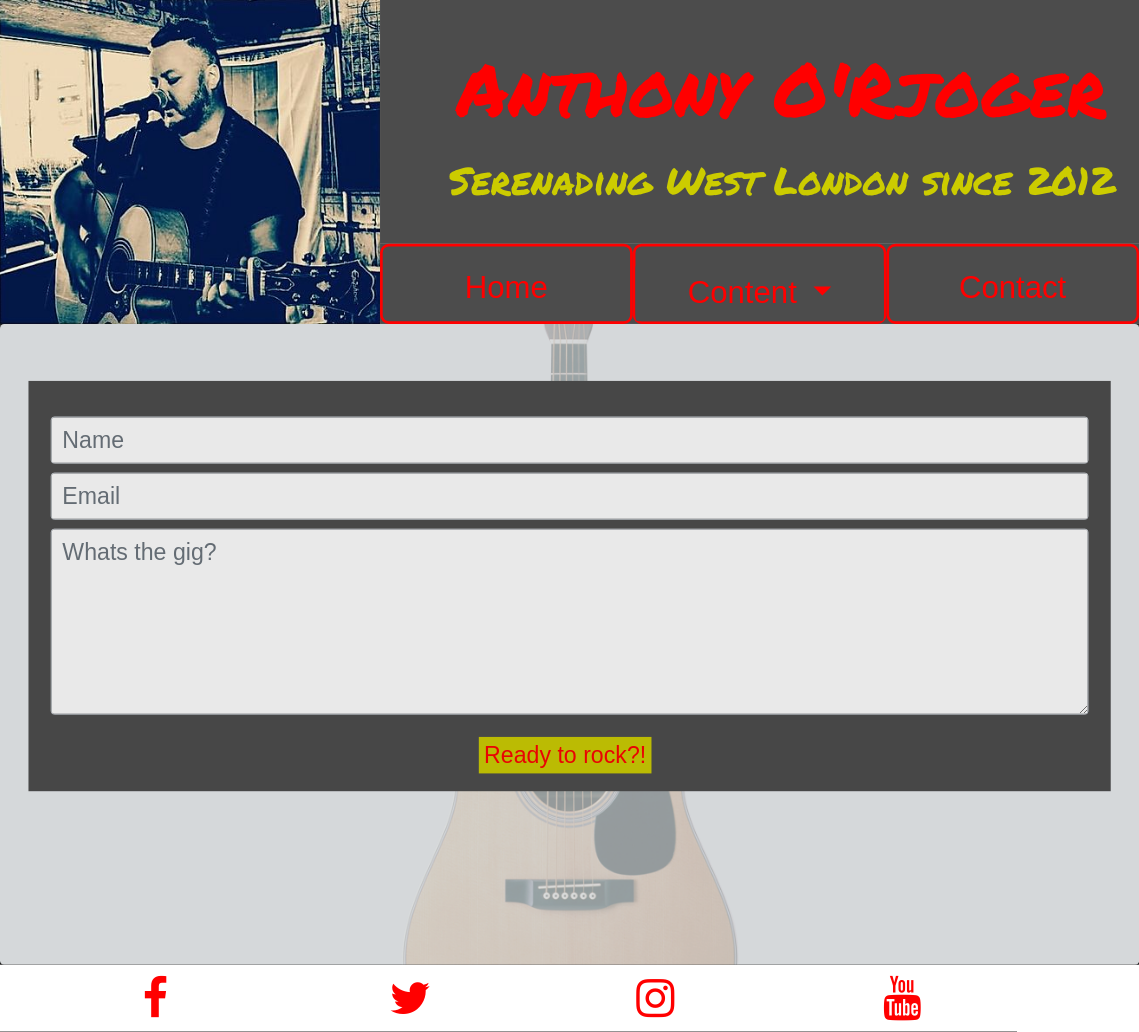
Repository: SimonGeorgeNZ/milestone_1
Page: contact.html
The author's editor kept a record of every edit. The page is drawn from the files as they stood at one moment, then again after the next edit.
The browser window is 1280 px wide. The pictures show the whole page, at 89% of full size.
Some web fonts or font styles are not loaded; a fallback is used. Some web libraries are served in a nearby version.

Above is the page before.

### contact.html
<!DOCTYPE html>
<html lang="en">

<head>
    <meta charset="UTF-8">
    <meta name="viewport" content="width=device-width, initial-scale=1.0">
    <meta http-equiv="X-UA-Compatible" content="ie=edge">
    <link rel="stylesheet" href="assets/css/style.css" type="text/css" />
    <link rel="stylesheet" href="https://maxcdn.bootstrapcdn.com/bootstrap/4.2.1/css/bootstrap.min.css" type="text/css" />
    <link rel="stylesheet" href="https://maxcdn.bootstrapcdn.com/font-awesome/4.7.0/css/font-awesome.min.css" type="text/css" />
    <title>Contact</title>
</head>

<body>
    <header>
        <div class="row no-gutters">
            <a class="col-md-4 profile" href="index.html"></a>
            <div class="col-md-8">
                <div class="row no-gutters bg-color-title">
                    <div class="col title">
                        <h1 class="name">Anthony O'Rjoger</h1>
                        <h2 class="tag-line">Serenading West London since 2012</h2>
                    </div>
                </div>
                <div class="row no-gutters bg-col-blk">
                    <div class="col-12 col-md-6 col-lg-4 nav-but">
                        <div class="a">Home</div>
                    </div>
                    <div class="col-12 col-md-6 col-lg-4 dropdown nav-but">
                        <button class="btn btn-secondary dropdown-toggle container-fluid" type="button" id="dropdownMenuButton" data-toggle="dropdown" aria-haspopup="true" aria-expanded="false">
    Content
  </button>
                        <div class="dropdown-menu" aria-labelledby="dropdownMenuButton">
                            <a class="dropdown-item" href="#">Photos</a>
                            <a class="dropdown-item" href="#">Videos</a>
                            <a class="dropdown-item" href="#">Originals</a>
                        </div>
                    </div>
                    <div class="col d-md-block d-none nav-but">
                        <div class="a">Contact</div>

                    </div>
                </div>

            </div>

        </div>
        </div>
    </header>
    <section class="main-bg-col">
        <div class="jumbotron jumbotron-main">
            <div class="container-fluid footer-bg footer">
                <div class="row">
                    <div class="col">
                        <form class="contact">
                            <div class="row no-gutters form">
                                <div class="col-12 contact">
                                    <input type="text" id="fullname" class="form-control" placeholder="Name" required />
                                    <input type="email" id="emailaddress" class="form-control" placeholder="Email" required />
                                </div>
                                <div class="col-12">
                                    <textarea rows="5" name="projectsummary" id="projectsummary" class="form-control" placeholder="Whats the gig?" required /></textarea>
                                </div>
                            </div>
                        </form>
                    </div>
                </div>
                <div class="form-row container-fluid">

                    <input class="submit" type="submit" value="Ready to rock?!" />
                </div>
            </div>

        </div>


    </section>
    <footer>
        <div class="container soclai-links-top">
            <div class="row no-gutters">
                <div class="col">
                    <a class="social-but" target=_ "blank" href="https://www.facebook.com/anthonyorjogermusic/">
                             <i class="fa fa-facebook" aria-hidden="true"></i>
                               <span class="sr-only">facebook</span>
                        </a>
                </div>
                <div class="col">
                    <a class="social-but" target=_ "blank" href="https://twitter.com/anthonyorjoger">
                             <i class="fa fa-twitter" aria-hidden="true"></i>
                               <span class="sr-only">Twitter</span>
                        </a>
                </div>
                <div class="col">
                    <a class="social-but" target=_ "blank" href="https://www.instagram.com/aor_music/">
                             <i class="fa fa-instagram" aria-hidden="true"></i>
                               <span class="sr-only">Instagram</span>
                        </a>
                </div>
                <div class="col">
                    <a class="social-but" target=_ "blank" href="https://www.youtube.com/channel/UCJdZ-PkIdPwwX4xIostHZ1g">
                             <i class="fa fa-youtube" aria-hidden="true"></i>
                               <span class="sr-only">Youtube</span>
                        </a>
                </div>
            </div>
        </div>
    </footer>

</body>
<script src="https://code.jquery.com/jquery-3.4.1.slim.min.js" integrity="sha384-J6qa4849blE2+poT4WnyKhv5vZF5SrPo0iEjwBvKU7imGFAV0wwj1yYfoRSJoZ+n" crossorigin="anonymous"></script>
<script src="https://cdn.jsdelivr.net/npm/popper.js@1.16.0/dist/umd/popper.min.js" integrity="sha384-Q6E9RHvbIyZFJoft+2mJbHaEWldlvI9IOYy5n3zV9zzTtmI3UksdQRVvoxMfooAo" crossorigin="anonymous"></script>
<script src="https://stackpath.bootstrapcdn.com/bootstrap/4.4.1/js/bootstrap.min.js" integrity="sha384-wfSDF2E50Y2D1uUdj0O3uMBJnjuUD4Ih7YwaYd1iqfktj0Uod8GCExl3Og8ifwB6" crossorigin="anonymous"></script>


</html>

### assets/css/style.css
@import url('https://fonts.googleapis.com/css?family=Alatsi|Permanent+Marker|100,200,300,400,500,600,700');



/*------------------Colors------*/

.bg-color-title {
    background-color: #4c4c4c;
}

.li-menu-color {
    background-color: #4c4c4c;
}

.bg-col-blk {
    background-color: #4c4c4c;
}

.main-bg-col {
    background-color: rgb(34, 34, 34)
}

.footer-bg {
    background-color: #4c4c4c;
}

.submit {
    color: #ff0000!important;
    background-color: #cccc00!important;
}

.submit-nav {
    background-color: #4c4c4c!important;
    color: #ff0000!important;
}

.name {
    color: #ff0000;
}

.tag-line {
    color: #cccc00;
}

.nav-but {
    border-color: #ff0000;
    color: #ff0000;
    background-color: #4c4c4c;
}

.dropdown-menu {
    background-color: #4c4c4c !important;
    border-color: #ff0000!important;
}

#dropdownMenuButton {
    color: #ff0000;
    background-color: #4c4c4c;
}

.dropdown-item {
    color: #ff0000!important;
}

h4 {
    color: #ff0000!important;
}

.social-links-top {
    border-color: #ff0000!important;
}


/*------------------Heading------*/

header {
    margin: 0;
}

.title {
    margin-left: 50px;
}


.profile {
    background: url("../images/anthony.jpg");
    background-position: center;
    background-repeat: no-repeat;
    background-size: cover;
    min-height: 350px;
    transition: all ease-in-out;
    -moz-transition: all .5s ease-in-out;
    -webkit-transition: all .5s ease-in-out;

}

.name {
    font-family: "Permanent Marker", sans-serif;
    font-weight: 100;
    font-size: calc(70px + 1vw);
    margin-top: 50px;
    text-align: center;
    padding-bottom: 20px;
}

.tag-line {
    font-family: "Permanent Marker", sans-serif;
    font-weight: 200;
    font-size: calc(30px + 1vw);
    margin-bottom: 20px;
    text-align: center;
    padding-bottom: 25px;
}


.menucontainer {
    font-size: 0;
}

#nav li {
    font-size: 14px;
    padding: 0;
    margin: 0;
}

.soclai-links-top {
    padding: 0;
    z-index: 1;
}

/*------------------Nav------*/

.nav-but {
    border-style: solid;
    border-width: 3px;
    border-radius: 10px;
    font-family: 'Alatsi', sans-serif;
    font-size: 35px;
    text-align: center;
    padding-top: 20px;
}

.dropdown-menu {
    border-width: 3px!important;
    font-size: 35px!important;
    text-align: center!important;
    min-width: 75px!important;
    min-height: 75px!important;
    border-radius: 10px!important;

}

#dropdownMenuButton {
    font-family: 'Alatsi', sans-serif;
    font-size: 35px;
    border: none;
}

.submit-nav {
    border-style: none!important;
    font-size: 35px!important;
}





/*------------------Main-section------*/

.jumbotron {
    margin-bottom: 0!important;
    z-index: 0;
}

.jumbotron-main {
    background-attachment: scroll;
    background: url("../images/Background-image.png");
    background-repeat: no-repeat;
    min-height: 100vh;
    background-position: center;
    opacity: 0.9;
}

.social-but {
    font-size: 50px;
    color: #ff0000;
    margin-left: 75px;
}

.contact-main {
    width: 70%;
    margin-left: 100px;
    display: inline-block;
}



/*------------------Footer------*/

.footer {
    padding: 20px;
}

.submit {
    font-family: 'Alatsi', sans-serif;
    font-size: 26px;
    border: none;
    display: inline-block;
    margin: auto;
    margin-top: 15px;
}

.contact {
    padding: 10px;
}

#fullname {
    margin-bottom: 10px;
}

input[type="text"] {
    font-family: 'Alatsi', sans-serif;
    font-size: 26px;
}

input[type="email"] {
    font-family: 'Alatsi', sans-serif;
    font-size: 26px;
}

#projectsummary {
    font-family: 'Alatsi', sans-serif;
    font-size: 26px;
}


/*---------------Footer------------------*/



.social-links li a i {
    font-size: 45px;
    background-color: #cccc00;
    color: #ff0000;
    height: 75px;
    width: 75px;
    border-radius: 35px;
    text-align: center;
    padding: 15px 0;
}

After the next edit:
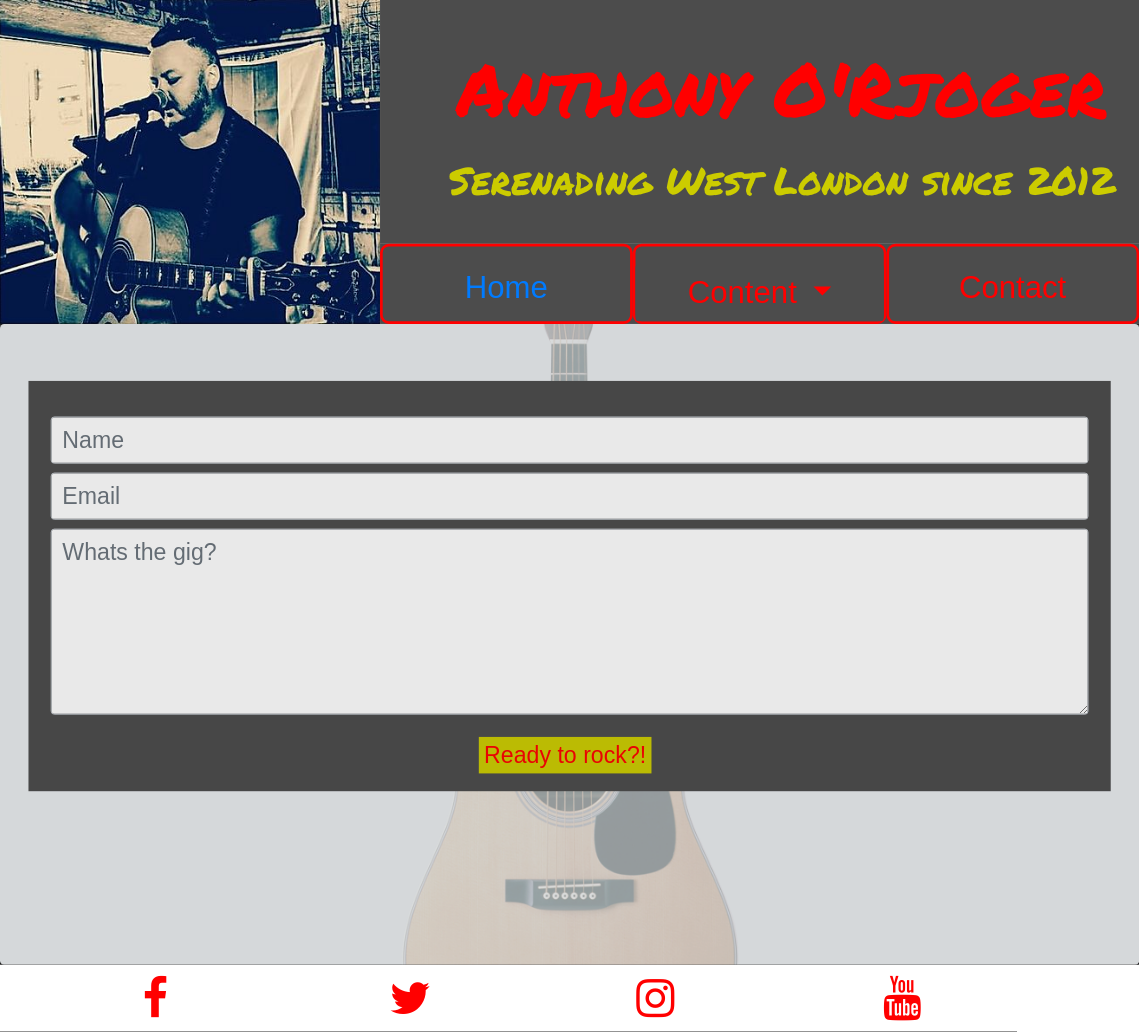
The edit:
--- a/contact.html
+++ b/contact.html
@@ -24,8 +24,7 @@
                 </div>
                 <div class="row no-gutters bg-col-blk">
                     <div class="col-12 col-md-6 col-lg-4 nav-but">
-                        <div class="a">Home</div>
-                    </div>
+                        <a href="index.html" class="nav-but-text"><i aria-hidden="true"></i><span>Home</span></a> </div>
                     <div class="col-12 col-md-6 col-lg-4 dropdown nav-but">
                         <button class="btn btn-secondary dropdown-toggle container-fluid" type="button" id="dropdownMenuButton" data-toggle="dropdown" aria-haspopup="true" aria-expanded="false">
     Content
